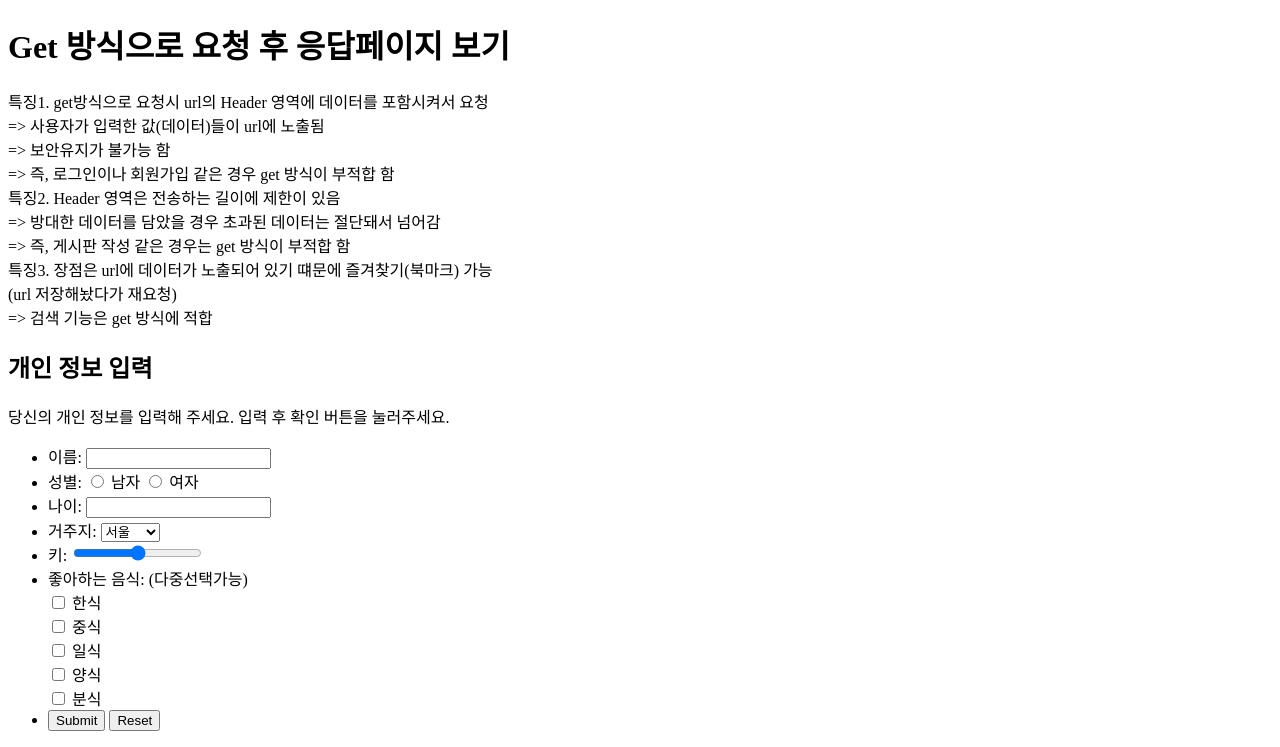
Repository: 1400CP/05_server-workspace1
Page: 1_Servlet/WebContent/views/requestTest_GET.html
These files come from the project's save history. The page is drawn as it stood at one moment and after the next save; the edit follows.
The browser window is 1280 px wide. The pictures show the whole page.

Above is the page before, as saved 2025-02-14 03:40:43.

After the next save:
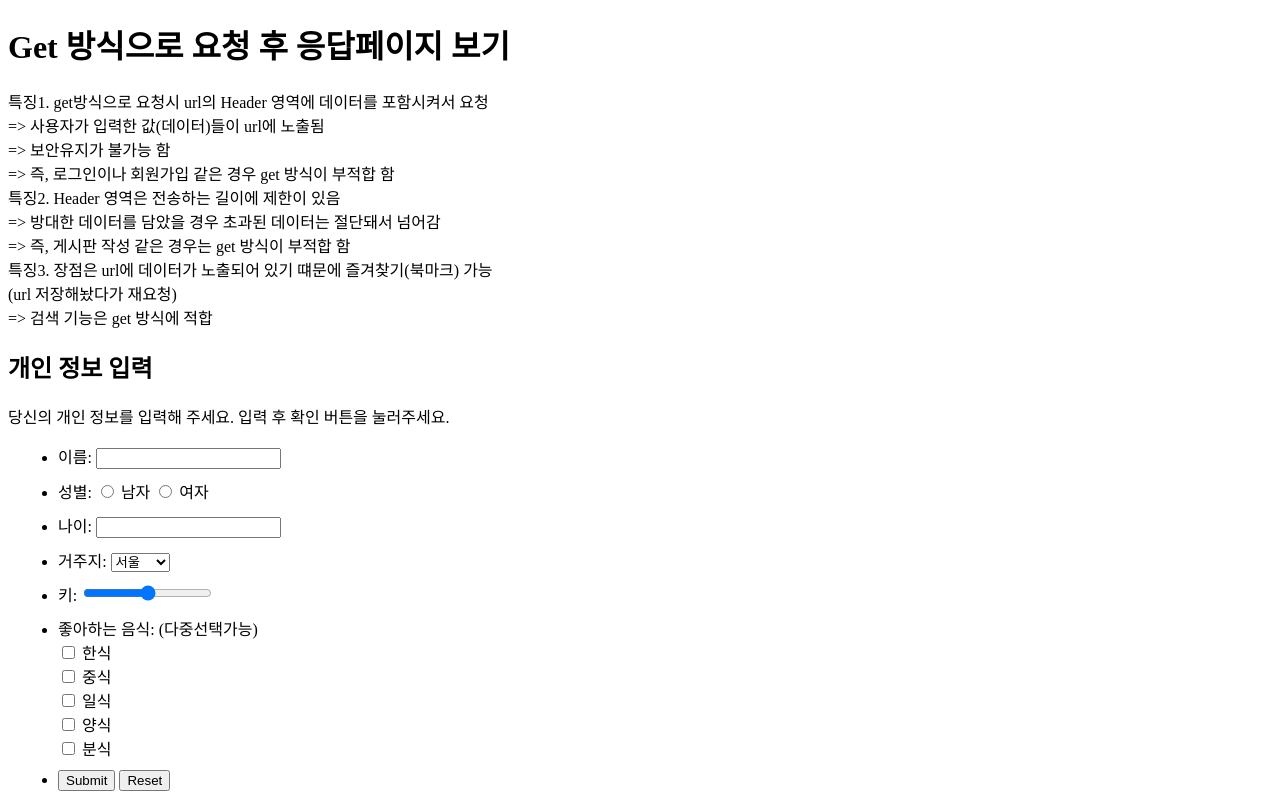
Saved 17 s later.
--- a/1_Servlet/WebContent/views/requestTest_GET.html
+++ b/1_Servlet/WebContent/views/requestTest_GET.html
@@ -4,10 +4,8 @@
 <meta charset="UTF-8">
 <title>Insert title here</title>
 <style>
-	ul{
-		list-style: 20px;
-		list-style-position: ;
-
+	li{
+		margin: 10px;
 	}
 
 </style>
